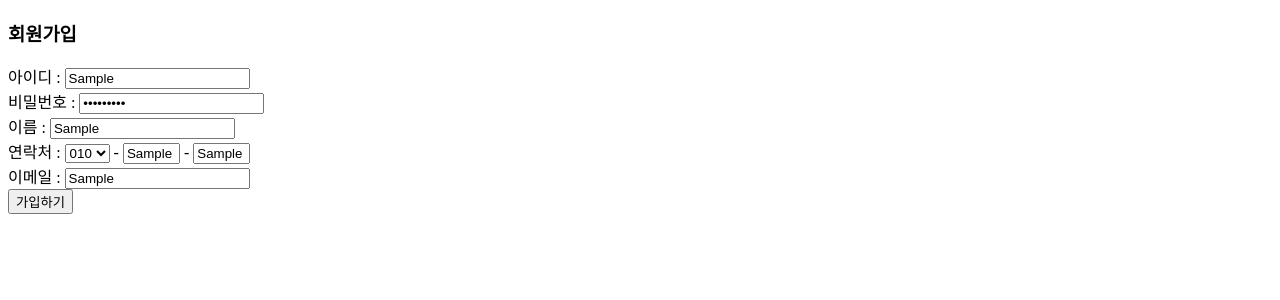
Repository: HyeogDo/Study_Java
Page: http://localhost/Validation/validation_05.jsp
These files come from the project's save history. The page is drawn as it stood at one moment and after the next save; the edit follows.
The browser window is 1280 px wide. The pictures show the whole page.
Empty fields were first filled with sample values (such as "Sample", 5 or name@example.com).
After loading, the first visible `input[onclick="checkMember()"]` was clicked once.
The page is served by Tomcat 9.

Above is the page before, as saved 2022-03-21 07:21:23.
Console error: ReferenceError: passwd is not defined

### Servlets/Validation/src/main/webapp/validation_05.jsp
<%@ page language="java" contentType="text/html; charset=UTF-8"
    pageEncoding="UTF-8"%>
<!DOCTYPE html>
<html>
	<head>
		<meta charset="UTF-8">
		<title>Insert title here</title>
	</head>
	<script type="text/javascript">
		function checkMember() {
			var regExpId = /^[a-z|A-Z|ㄱ-ㅎ|ㅏ-ㅣ|가-힣]/
			var regExpPasswd = /^[0-9]*$/

			var form = document.member

			var id = form.id.value
			if(!regExpId.test(id)) {
				alert("아이디는 문자로 시작해 주세요")
				form.id.select()
				return
			}
			if (!regExpPasswd.test(passwd)) {
				alert("비밀번호는 숫자만 입력해주세요")
				form.passwd.select()
				return
			}

		}
	</script>
	<body>
		<h3>회원가입</h3>
		<form action="validation_05p.jsp" name="member" method="post">
			아이디 : <input type="text" name="id"> <br>
			비밀번호 : <input type="password" name="passwd"> <br>
			이름 : <input type="text" name="name"><br>
			연락처 :
			<select name="phone1">
				<option value="010">010</option>
				<option value="011">011</option>
				<option value="016">016</option>
				<option value="017">017</option>
				<option value="018">018</option>
				<option value="019">019</option>
			</select>
			- <input type="text" maxlength="4" size="4" name="phone2">
			- <input type="text" maxlength="4" size="4" name="phone3"><br>
			이메일 : <input type="text" name="email"> <br>
			<input type="button" value="가입하기" onclick="checkMember()">
		</form>
	</body>
</html>

After the next save:
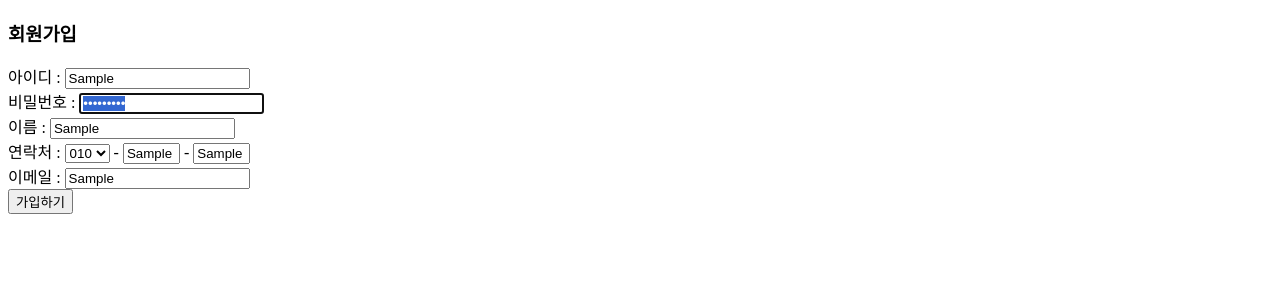
The error is gone.
Saved 59 s later.
--- a/Servlets/Validation/src/main/webapp/validation_05.jsp
+++ b/Servlets/Validation/src/main/webapp/validation_05.jsp
@@ -14,6 +14,7 @@
 			var form = document.member
 
 			var id = form.id.value
+			var passwd = form.passwd.value
 			if(!regExpId.test(id)) {
 				alert("아이디는 문자로 시작해 주세요")
 				form.id.select()
